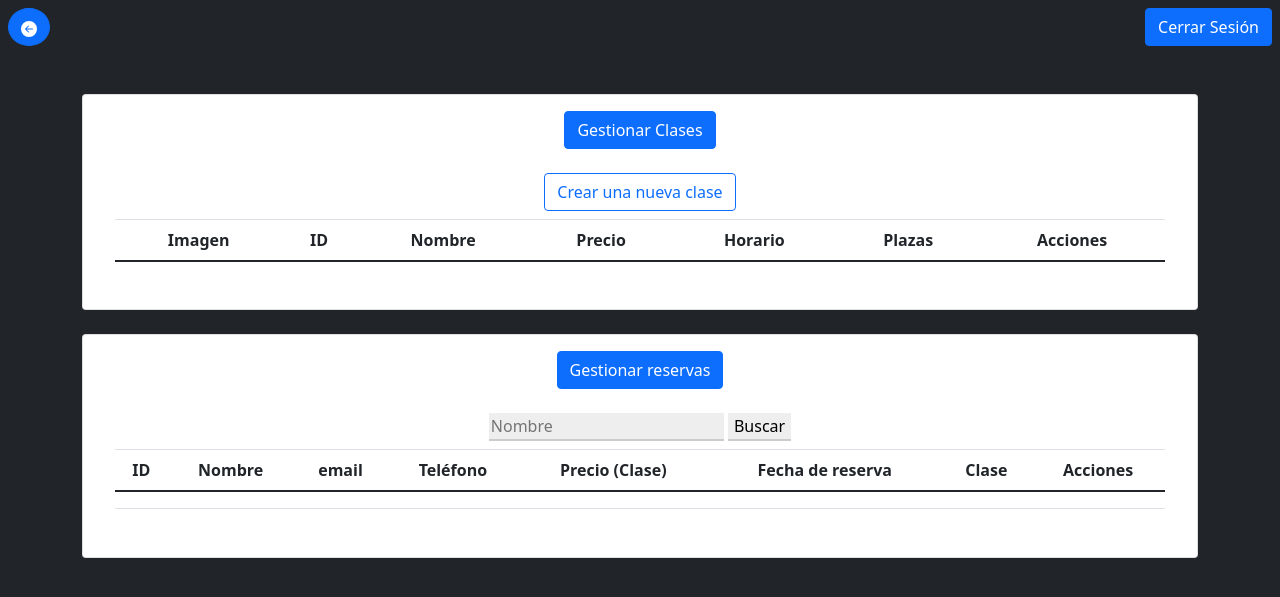
Repository: gcvictor22/ProyectoFinal1DAM
Page: http://localhost/gestionar
These files come from the project's save history. The page is drawn as it stood at one moment and after the next save; the edit follows.
The browser window is 1280 px wide. The pictures show the whole page.
The page is this project's Thymeleaf template; nobody is signed in. The template is opened directly, without the code that normally fills it, so the values that code supplies are empty.

Above is the page before, as saved 2022-06-01 06:37:09.
Console error: TypeError: Cannot read properties of null (reading 'style')

### ProyectoFinalSTS/src/main/resources/templates/gestionar.html
<!DOCTYPE html>
<html lang="es" xmlns:th="http://www.thymeleaf.org" xmlns:sec="http://www.thymeleaf.org/extras/spring-security">

<head>
	<meta charset="UTF-8">
	<meta http-equiv="X-UA-Compatible" content="IE=edge">
	<meta name="viewport" content="width=device-width, initial-scale=1.0">
	<title>Fit&Go · Gestionar</title>
	<link rel="icon" class="rounded" href="../img/FIT&GO.png">
	<!-- CSS only -->
	<link href="https://cdn.jsdelivr.net/npm/bootstrap@5.1.3/dist/css/bootstrap.min.css" rel="stylesheet"
		integrity="sha384-1BmE4kWBq78iYhFldvKuhfTAU6auU8tT94WrHftjDbrCEXSU1oBoqyl2QvZ6jIW3" crossorigin="anonymous">
	<!-- JavaScript Bundle with Popper -->
	<script src="https://cdn.jsdelivr.net/npm/bootstrap@5.1.3/dist/js/bootstrap.bundle.min.js"
		integrity="sha384-ka7Sk0Gln4gmtz2MlQnikT1wXgYsOg+OMhuP+IlRH9sENBO0LRn5q+8nbTov4+1p" crossorigin="anonymous">
		</script>
	<link rel="stylesheet" href="../css/index.css">
</head>

<body class="bg-dark p-2" id=bodyGestionar>
	<header class="w-100">
		<a class="btn btn-primary rounded-circle sticky-top" th:href="@{/inicio}">
			<svg xmlns="http://www.w3.org/2000/svg" width="16" height="16" fill="currentColor"
				class="bi bi-arrow-left-circle-fill mx-0" viewBox="0 0 16 16">
				<path
					d="M8 0a8 8 0 1 0 0 16A8 8 0 0 0 8 0zm3.5 7.5a.5.5 0 0 1 0 1H5.707l2.147 2.146a.5.5 0 0 1-.708.708l-3-3a.5.5 0 0 1 0-.708l3-3a.5.5 0 1 1 .708.708L5.707 7.5H11.5z" />
			</svg>
		</a>
		<a href="registro.html" th:href="@{/logout}" class="btn btn-primary float-end">Cerrar Sesión</a>
	</header>
	<main>
		<div class="container rounded mt-5">
			<div id="accordion">
				<div class="card p-3 overflow-auto">
					<div class="mx-auto">
						<a class="btn btn-primary" data-bs-toggle="collapse" href="#collapseOne">
							Gestionar Clases
						</a>
					</div>
					<div id="collapseOne" class="collapse show" data-bs-parent="#accordion">
						<div class="card-body">
							<table class="table text-center p-4 bg-white" id="tablaClases">
								<thead>
									<tr>
										<td colspan="7"><a href="formularioCrearEditar.html"
												th:href="@{/gestionar/nueva-clase}"
												class="btn btn-outline-primary mx-auto">Crear una nueva clase</a></td>
									</tr>
									<tr>
										<th scope="col">Imagen</th>
										<th scope="col uppercase">ID</th>
										<th scope="col">Nombre</th>
										<th scope="col">Precio</th>
										<th scope="col">Horario</th>
										<th scope="col">Plazas</th>
										<th scope="col">Acciones</th>
									</tr>
								</thead>
								<tbody>
									<tr>

									</tr>
									<tr th:each="claseGym : ${lista}">
										<td class="w-25"><img src="../img/clasespinning.png"
												th:src="${claseGym.imgClase}" class="rounded w-25" alt=""></td>
										<th scope="row" th:text="${claseGym.id}">1</th>
										<td th:text="${claseGym.nombreClase}">Spinning</td>
										<td th:text="${claseGym.precio}">5.99€</td>
										<td th:text="${claseGym.horario}">12:30-13:30</td>
										<td th:text="${claseGym.plazas}">15</td>
										<td>
											<div class="container-fluid mx-auto row">
												<div class="col-lg-2 col-sm-6"></div>
												<a class="btn btn-outline-primary col-lg-3"
													th:href="@{/gestionar/editar/{id}(id=${claseGym.id})}">Editar</a>
												<div class="col-lg-2 col-sm-0"></div>
												<a type="button" class="btn btn-danger col-lg-3" data-bs-toggle="modal"
													data-bs-target="#myModal"
													th:attr="data-bs-target='#myModal'+${claseGym.id}">
													Eliminar
												</a>
												<!-- The Modal -->
												<div class="modal" id="myModal" th:id="'myModal'+${claseGym.id}">
													<div class="modal-dialog">
														<div class="modal-content">

															<!-- Modal Header -->
															<div class="modal-header">
																<h4 class="modal-title">¡Alerta!</h4>
																<button type="button" class="btn-close"
																	data-bs-dismiss="modal"></button>
															</div>

															<!-- Modal body -->
															<div class="modal-body">
																¿Estas seguro que quieres borrar la clase?
															</div>

															<!-- Modal footer -->
															<div class="modal-footer">
																<button type="button" class="btn btn-warning"
																	data-bs-dismiss="modal">Cancelar</button>
																<a th:href="@{/borrar-clase/{id}(id=${claseGym.id})}"
																	class="btn btn-danger">Eliminar</a>
															</div>

														</div>
													</div>
												</div>
												<div class="col-lg-2 col-sm-0"></div>
											</div>
										</td>
									</tr>
								</tbody>
							</table>
						</div>
					</div>
				</div>
				<br>
				<div class="card p-3 overflow-auto">
					<div class="mx-auto">
						<a class="collapsed btn btn-primary" data-bs-toggle="collapse" href="#collapseTwo">
							Gestionar reservas
						</a>
					</div>
					<div id="collapseTwo" class="collapse show" data-bs-parent="#accordion">
						<div class="card-body">
							<table class="table text-center p-4 bg-white" id="tablaReservas">
								<thead>
									<tr>
										<td colspan="8">
											<form method="GET" th:action="@{/buscar}">
												<input type="search" placeholder="Nombre" name="nombre" id="nombre"
													th:value="${param.nombre}" />
												<input type="submit" value="Buscar" />
											</form>
										</td>
									</tr>
									<tr>
										<th scope="col uppercase">ID</th>
										<th scope="col">Nombre</th>
										<th scope="col">email</th>
										<th scope="col">Teléfono</th>
										<th scope="col">Precio (Clase)</th>
										<th scope="col">Fecha de reserva</th>
										<th scope="col">Clase</th>
										<th scope="col">Acciones</th>
									</tr>
								</thead>
								<tbody>
									<tr th:each="reserva : ${reservas}">
										<th scope="row" th:text="${reserva.id}">1</th>
										<td th:text="${reserva.nombreUsuario}">Víctor González Carro</td>
										<td th:text="${reserva.email}">victorgonzaleztr22@gmail.com</td>
										<td th:text="${reserva.tel}">684318827</td>
										<td th:text="${#numbers.formatCurrency(reserva.clase.precio)}">5.99€</td>
										<td th:text="${#temporals.format(reserva.fechaReserva)}">17-5-2022</td>
										<td th:text="${reserva.clase.nombreClase}">Spinning</td>
										<td>
											<div class="container-fluid mx-auto row">
												<div class="col-lg-2 col-sm-0"></div>
												<a class="btn btn-danger col-lg" data-bs-toggle="modal"
													data-bs-target="#myModal"
													th:attr="data-bs-target='#myModal2'+${reserva.id}">Eliminar
												</a>
												<!-- The Modal -->
												<div class="modal" id="myModal2" th:id="'myModal2'+${reserva.id}">
													<div class="modal-dialog">
														<div class="modal-content">

															<!-- Modal Header -->
															<div class="modal-header">
																<h4 class="modal-title">¡Alerta!</h4>
																<button type="button" class="btn-close"
																	data-bs-dismiss="modal"></button>
															</div>

															<!-- Modal body -->
															<div class="modal-body">
																¿Estas seguro que quieres borrar la reserva?
															</div>

															<!-- Modal footer -->
															<div class="modal-footer">
																<button type="button" class="btn btn-warning"
																	data-bs-dismiss="modal">Cancelar</button>
																<a th:href="@{/borrar-reserva/{id}(id=${reserva.id})}"
																	class="btn btn-danger">Eliminar</a>
															</div>

														</div>
													</div>
												</div>
												<div class="col-lg-2 col-sm-0"></div>
											</div>
										</td>
									</tr>
									<tr class="text-center">
										<td colspan="8" th:text="${precios}"></td>
									</tr>
								</tbody>
							</table>
						</div>
					</div>
				</div>
			</div>
		</div>
	</main>
	<script src="../js/index.js"></script>
</body>

</html>

### ProyectoFinalSTS/src/main/resources/static/css/index.css
body {
  background-attachment: fixed;
  background-size: cover;
}

#barra {
  width: 0;
  height: 5px;
}

#barragris {
  height: 5px;
}

#icono1 {
  width: 30px;
  height: 30px;
  border-radius: 50%;
  background-color: gray;
  margin-left: 0;
  text-align: center;
}

#icono2 {
  width: 30px;
  height: 30px;
  border-radius: 50%;
  background-color: gray;
  transition: all 0.5s;
  text-align: center;
}

#icono3 {
  width: 30px;
  height: 30px;
  border-radius: 50%;
  background-color: gray;
  transition: all 0.5s;
  text-align: center;
}

.iconos {
  width: 50%;
  margin-top: -17.5px;
}

#seccion1,
#seccion2,
#seccion3 {
  width: 90%;
  height: 350px;
}

#seccion2,
#seccion3 {
  visibility: hidden;
  margin-top: -350px;
}

#atras {
  visibility: hidden;
}

#enviar {
  visibility: hidden;
}

p {
  text-align: justify;
}

input {
  border: 0;
  border-bottom: 2px solid #caccce;
  background-color: #eee;
}

input:focus {
  border-bottom: 2px solid #0d6efd;
  transition: all 0.2s ease-in-out;
  outline: 0;
}

#atras,
#siguiente,
#enviar {
  transition: all 0s;
}

p {
  background: #caccce;
}

#cajaInicio {
  margin-top: 275px;
}

#bodyReservaClase{
	background-image:url(../img/fondocontacto.jpg);
}

@media screen and (min-width: 1000px) {
  #bodyRegistro {
    margin-top: 10px;
    padding: 40px;
  }

  #cajaBotonesIniReg {
    width: 45%;
  }

  #cajaInicio {
    width: 30%;
  }

  #cajaFormulario {
    margin: auto;
    width: 50%;
  }

  #formularioRegistro {
    width: 75%;
  }

  #formularioCrear, #formularioReservar{
    width: 50%;
    padding: 20px;
  }
}

@media screen and (max-width: 575px) {
  #bodyRegistro {
    padding: 0;
  }

  #cajaBotonesIniReg {
    margin-top: 25px;
  }

  .brQuitarSM {
    display: none;
  }

  #cajaInicio {
    width: 80%;
  }

  #logoIndex {
    width: 75%;
  }

  #indexfooter {
    width: 100%;
  }

  #cajaFormulario {
    width: 80%;
    margin: 0 auto;
  }

  #formularioRegistro {
    width: 100%;
  }

  #seccion1,
  #seccion2,
  #seccion3 {
    width: 90%;
    height: min-content;
  }

  #seccion1 {
    width: 100%;
  }

  #tablaClases, #tablaReservas{
	overflow-x: scroll;
	width:400px;
  }
}

.clases {
  background-color: white;
  height: 200px;
}

.barraLectura {
  top: 0;
  width: 100%;
  z-index: 1;
}

.progress-container {
  background-color: rgba(150, 150, 150, 0.6);
  height: 5px;
  width: 100%;
}

.progress-bar {
  background-color: #0d6efd;
  height: 5px;
  width: 0%;
}

tbody tr:hover{
  border: #0d6efd;
  transition: all 0.5s;
}

tbody td, tbody th{
  vertical-align: middle;
}

#bodyInicioSesion{
	background-image: url(../img/fondoinicio.jpg);
}

#formularioReserva{
	background-image: url(../img/bodyFormularioReserva.jpg);
    background-size: cover;
    background-repeat: no-repeat;
    background-attachment: fixed;
}

.arrows {
  width: 60px;
  height: 72px;
  left: 50%;
  bottom: 20px;
}

.arrows path {
  stroke: white;
  fill: transparent;
  stroke-width: 1px;
  animation: arrow 2s infinite;
  -webkit-animation: arrow 2s infinite;
}

@keyframes arrow {
  0% {
    opacity: 0;
  }
  40% {
    opacity: 1;
  }
  80% {
    opacity: 0;
  }
  100% {
    opacity: 0;
  }
}

@-webkit-keyframes arrow /*Safari and Chrome*/ {
  0% {
    opacity: 0;
  }
  40% {
    opacity: 1;
  }
  80% {
    opacity: 0;
  }
  100% {
    opacity: 0;
  }
}

.arrows path.a1 {
  animation-delay: -1s;
  -webkit-animation-delay: -1s; /* Safari 和 Chrome */
}

.arrows path.a2 {
  animation-delay: -0.5s;
  -webkit-animation-delay: -0.5s; /* Safari 和 Chrome */
}

.arrows path.a3 {
  animation-delay: 0s;
  -webkit-animation-delay: 0s; /* Safari 和 Chrome */
}

### ProyectoFinalSTS/src/main/resources/static/js/index.js


let width = 0;
let cont = 0;
let comprobacion = /^([\da-z_\.-]+)@([\da-z\.-]+)\.([a-z\.]{2,6})$/;

urlParams = new URLSearchParams(window.location.search);

if (urlParams.get('menu') == 'clases') {
    let desplegable1 = document.getElementById("collapseOne");
    desplegable1.className = 'collapse show'
}else if (urlParams.get('menu') == 'reservas'){
    let desplegable2 = document.getElementById("collapseTwo");
    desplegable2.className = 'collapse show'
}

function ampliar() {

    let barra = document.getElementById("barra");
    barra.style.width = width + '%';

    let div1 = document.getElementById("seccion1");
    let div2 = document.getElementById("seccion2");
    let div3 = document.getElementById("seccion3");

    let nom = document.getElementById("nombre").value;
    let ap1 = document.getElementById("apellido1").value;
    let ap2 = document.getElementById("apellido2").value;
    let pass = document.getElementById("contrasenha1").value;
    let pass2 = document.getElementById("contrasenha2").value;
    let tarj = document.getElementById("numTarjeta").value.charAt(12) + document.getElementById("numTarjeta").value.charAt(13)
        + document.getElementById("numTarjeta").value.charAt(14) + document.getElementById("numTarjeta").value.charAt(15);
    let correo = document.getElementById("correo").value;
    let telefono = document.getElementById("telefono").value;
    let fechaCad = document.getElementById("fechaCaducidad").value;
    let cvv = document.getElementById("cvv").value;


    let compNom = nom + " " + ap1 + " " + ap2;
    let compTarjeta = tarj;
    let compCorreo = correo;
    let compTelefono = telefono;

    document.getElementById("nombreObtenido").innerHTML = "Nombre: " + compNom;
    document.getElementById("tarjObtenido").innerHTML = "Tarjeta: **** **** **** " + compTarjeta;
    document.getElementById("correoObtenido").innerHTML = "Correo: " + compCorreo;
    document.getElementById("telObtenido").innerHTML = "Teléfono: " + compTelefono;

    if (nom.length == 0 || ap1.length == 0 || ap2.length == 0 || telefono.length == 0 || correo.length == 0 || pass.length == 0 || pass2.length == 0) {
        alert('Faltan datos por rellenar');

    } else if (telefono.length != 9) {
        alert('El teléfono introducido no cumple con el formato esperado');

    } else if (!comprobacion.exec(correo) && correo.length == 0) {
		alert('El correo introducido no es válido')

    } else if (pass !== pass2) {
        alert('Las contraseñas deben coincidir')

    } else if (cont == 0 && nom.length != 0 && ap1.length != 0 && ap2.length != 0 && telefono.length != 0 && correo.length != 0 && pass.length != 0 && pass2.length != 0) {
        cont++;
        width = 50;

        document.getElementById("icono2").className = 'bg-primary';

        div1.style.visibility = 'hidden';
        div2.style.visibility = 'visible';

        document.getElementById("atras").style.visibility = 'visible';

    } else if (tarj.length == 0 || fechaCad.length == 0 || cvv.length == 0) {
        alert('Faltan datos por rellenar o no estan completos');

    } else if (cont == 1 && tarj.length != 0 && fechaCad.length != 0 && cvv.length != 0) {
        cont++;
        width = 100;

        document.getElementById("icono3").className = 'bg-primary';

        div2.style.visibility = 'hidden';
        div3.style.visibility = 'visible';

        document.getElementById("siguiente").style.visibility = 'hidden';
        document.getElementById("enviar").style.visibility = 'visible';
    }
    barra.style.width = width + '%';
}

function reducir() {
    let barra = document.getElementById("barra");
    barra.style.width = width + '%';

    let div1 = document.getElementById("seccion1");
    let div2 = document.getElementById("seccion2");
    let div3 = document.getElementById("seccion3");

    if (cont == 2) {
        cont--;
        width = 50;

        document.getElementById("icono3").className = '';

        div3.style.visibility = 'hidden';
        div2.style.visibility = 'visible';

        document.getElementById("atras").style.visibility = 'visible';

        document.getElementById("siguiente").style.visibility = 'visible';
        document.getElementById("enviar").style.visibility = 'hidden';

    } else if (cont == 1) {
        cont--;
        width = 0;

        document.getElementById("icono2").className = '';

        div2.style.visibility = 'hidden';
        div1.style.visibility = 'visible';

        document.getElementById("atras").style.visibility = 'hidden';
    }
    barra.style.width = width + '%';
}

function progressBarScroll() {
    let winScroll = document.body.scrollTop || document.documentElement.scrollTop,
        height =
            document.documentElement.scrollHeight -
            document.documentElement.clientHeight,
        scrolled = (winScroll / height) * 100;
    document.getElementById("progressBar").style.width = scrolled + "%";
}

window.onscroll = function () {
    progressBarScroll();
};

After the next save:
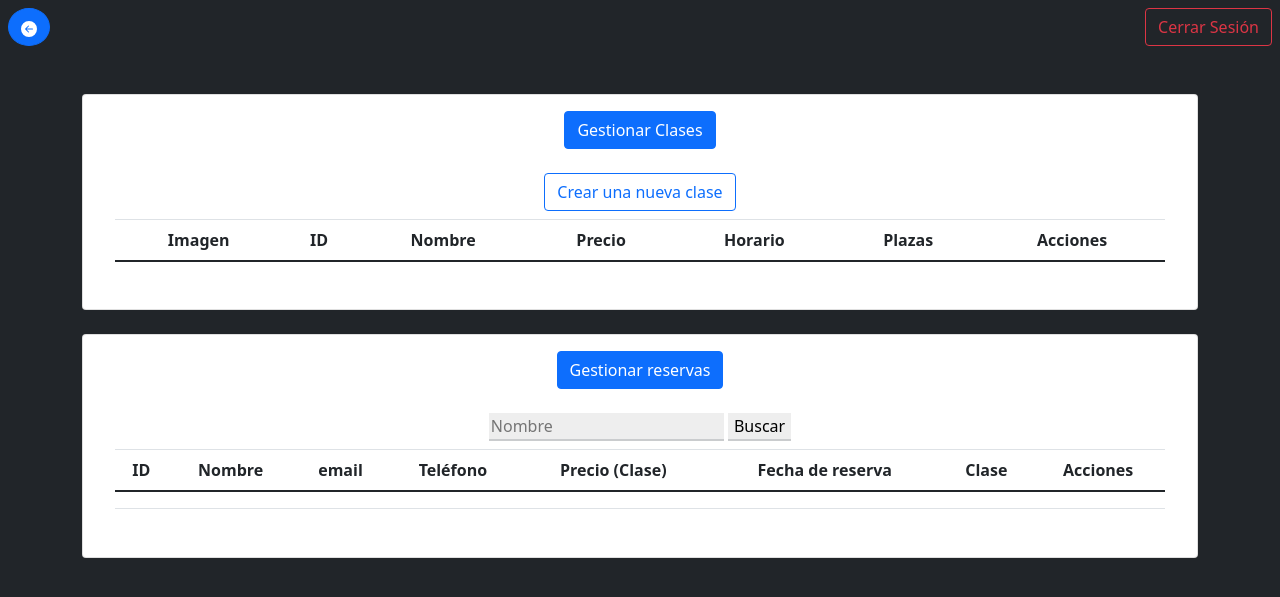
Saved 54 s later.
--- a/ProyectoFinalSTS/src/main/resources/templates/gestionar.html
+++ b/ProyectoFinalSTS/src/main/resources/templates/gestionar.html
@@ -26,7 +26,7 @@
 					d="M8 0a8 8 0 1 0 0 16A8 8 0 0 0 8 0zm3.5 7.5a.5.5 0 0 1 0 1H5.707l2.147 2.146a.5.5 0 0 1-.708.708l-3-3a.5.5 0 0 1 0-.708l3-3a.5.5 0 1 1 .708.708L5.707 7.5H11.5z" />
 			</svg>
 		</a>
-		<a href="registro.html" th:href="@{/logout}" class="btn btn-primary float-end">Cerrar Sesión</a>
+		<a href="registro.html" th:href="@{/logout}" class="btn btn-outline-danger float-end">Cerrar Sesión</a>
 	</header>
 	<main>
 		<div class="container rounded mt-5">
